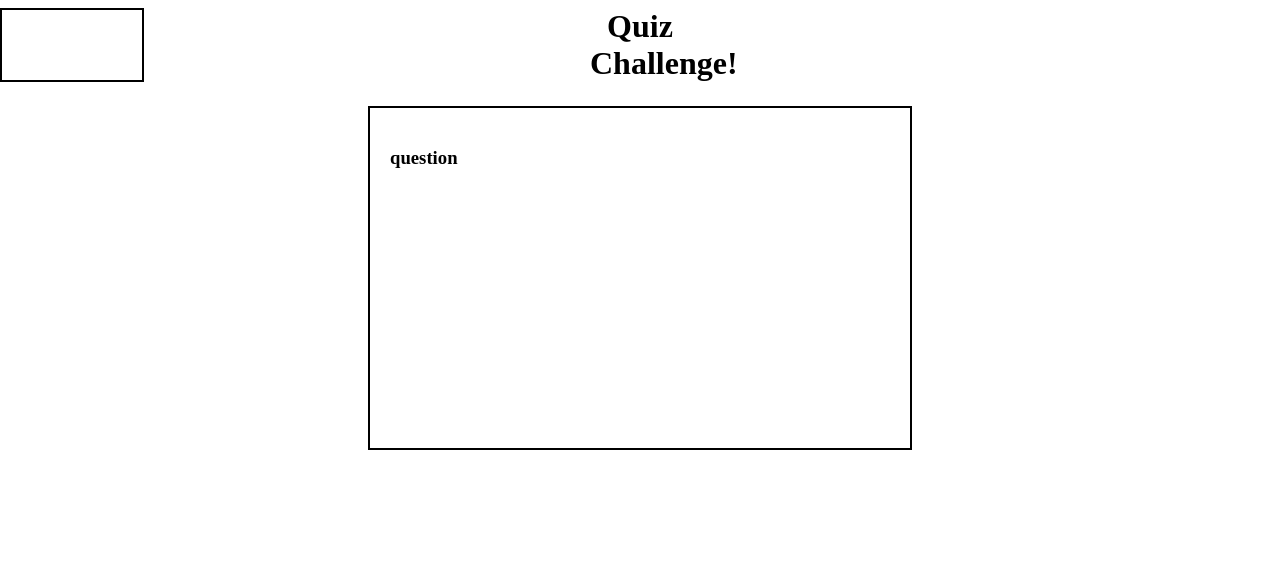
Repository: s88leigh/Quiz-Challenge
Page: index.html
An editor plug-in stored every save of this project. The page is shown before and after a run of saves, followed by the edit.
The browser window is 1280 px wide. The pictures show the whole page.

Above is the page before, as saved 2019-10-19 17:57:27.

After the next 4 saves:
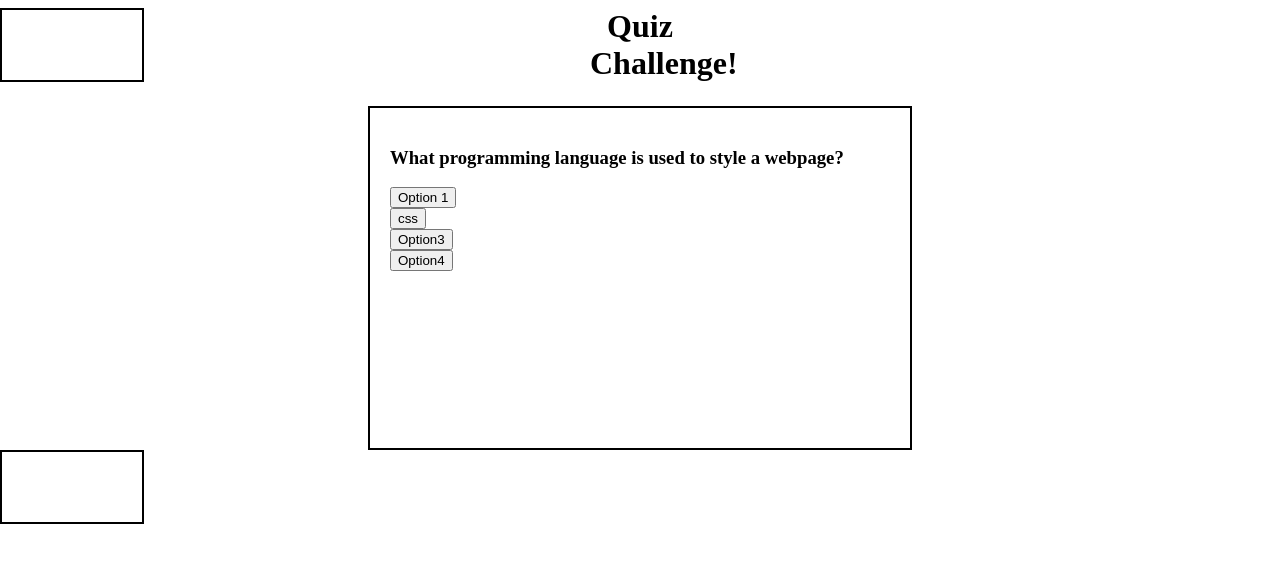
The 4 saves are shown as one change because they came seconds apart.
The last was saved 12 s later.
--- a/index.html
+++ b/index.html
@@ -23,7 +23,7 @@
 
     </div>
 
-    <div id=
+    <div id=timer-box></div>
 
 
 
